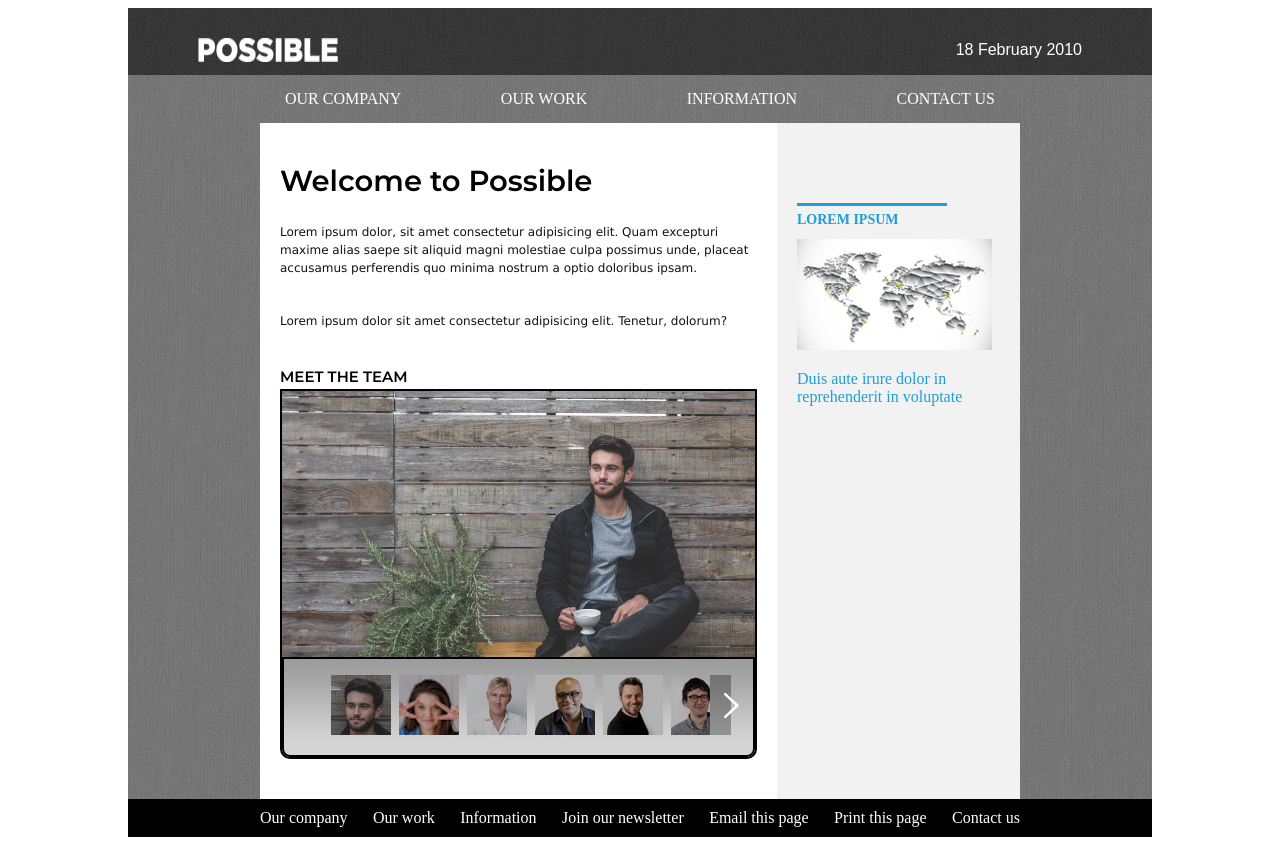
Repository: grzegorzgebala/possible-site
Page: index.html
The author's editor kept a copy of each file at every save. The page is drawn from the files as they stood at one save, then again after the next save.
The browser window is 1280 px wide. The pictures show the whole page.
The pointer rests on the first visible `.big`.
The style sheet was rebuilt from its Sass, Less or Tailwind sources for each picture, by a compiler version that may differ from the author's.

Above is the page before, as saved 2020-02-18 18:26:54.

### index.html
<!DOCTYPE html>
<html>
	<head>
        <meta charset="utf-8">
        <link href="https://fonts.googleapis.com/css?family=Montserrat:600&display=swap" rel="stylesheet">
		<link rel="stylesheet" type="text/css" href="css/style.css">
		<title>Possible page</title>
	</head>
	<body>
        <div class="container">
            <header>
                <img src="images/logo.png" alt="possible logo">
                <div class="date">18 February 2010</div>
            </header>
            <nav class="menu">
                <ul>
                    <li>our company</li>
                    <li>our work</li>
                    <li>information</li>
                    <li>contact us</li>
                </ul>
            </nav>
            <div class="mainSite">
                <div class="leftSide">
                    <div class="welcome">Welcome to Possible</div>
                    <article>Lorem ipsum dolor, sit amet consectetur adipisicing elit. Quam excepturi maxime alias saepe sit aliquid magni molestiae culpa possimus unde, placeat accusamus perferendis quo minima nostrum a optio doloribus ipsam.</article>
                    <article>Lorem ipsum dolor sit amet consectetur adipisicing elit. Tenetur, dolorum?</article>
                    <div class="meetTitle">Meet the team</div>
                    <div class="carousel">
                        <img class="big" src="/images/employees/picture1.png" alt="possible logo">
                        <div class="descriptor">
                            <div class="personalData">Justin Cooke</div>
                            <div class="personalData">CEO, POSSIBLE UK, LONDON</div>
                        </div>
                        <div class="miniatures">
                            <button class="leftArrow arrow isHidden">
                                <img src="/images/icons/leftArrow.png" alt="leftArrow">
                            </button>
                            <div class="miniaturesContainer">
                                <ul class="carouselTrack">
                                    <li class="carouselSlide currentSlide">
                                        <div class="pictureContainer"></div>
                                        <img class="carouselImage" src="/images/employees/min1.png" alt="person1">
                                    </li>
                                    <li class="carouselSlide">
                                        <div class="pictureContainer"></div>
                                        <img class="carouselImage" src="/images/employees/min2.png" alt="person2">
                                    </li>
                                    <li class="carouselSlide">
                                        <div class="pictureContainer"></div>
                                        <img class="carouselImage" src="/images/employees/min3.png" alt="person3">
                                    </li>
                                    <li class="carouselSlide">
                                        <div class="pictureContainer"></div>
                                        <img class="carouselImage" src="/images/employees/min4.png" alt="person4">
                                    </li>
                                    <li class="carouselSlide">
                                        <div class="pictureContainer"></div>
                                        <img class="carouselImage" src="/images/employees/min5.png" alt="person5">
                                    </li>
                                    <li class="carouselSlide">
                                        <div class="pictureContainer"></div>
                                        <img class="carouselImage" src="/images/employees/min6.png" alt="person6">
                                    </li>
                                    <li class="carouselSlide">
                                        <!-- <div class="pictureContainer"></div> -->
                                        <img class="carouselImage" src="/images/employees/min7.png" alt="person7">
                                    </li>
                                    <li class="carouselSlide">
                                        <!-- <div class="pictureContainer"></div> -->
                                        <img class="carouselImage" src="/images/employees/min8.png" alt="person8">
                                    </li>
                                    <li class="carouselSlide">
                                        <!-- <div class="pictureContainer"></div> -->
                                        <img class="carouselImage" src="/images/employees/min9.png" alt="person9">
                                    </li>
                                    <li class="carouselSlide">
                                        <!-- <div class="pictureContainer"></div> -->
                                        <img class="carouselImage" src="/images/employees/min10.png" alt="person10">
                                    </li>
                                </ul>
                            </div>
                            <button class="rightArrow arrow">
                                <img src="/images/icons/rightArrow.png" alt="rightArrow">
                            </button>
                        </div>
                    </div>
                </div>
                <div class="rightSide">
                    <div class="rightTitle">lorem ipsum</div>
                    <img src="/images/map.png" alt="map">
                    <p>Duis aute irure dolor  in reprehenderit in voluptate</p>
                </div>
            </div>
            <footer>
                <ul>
                    <li>our company</li>
                    <li>our work</li>
                    <li>information</li>
                    <li>join our newsletter</li>
                    <li>email this page</li>
                    <li>print this page</li>
                    <li>contact us</li>
                </ul>
            </footer>
        </div>
    </body>
    <script type="text/javascript" src="/js/script.js"></script>
</html>

### js/script.js
const track = document.querySelector(".carouselTrack");
const slides = Array.from(track.children);
const nextButton = document.querySelector('.rightArrow');
const prevButton = document.querySelector('.leftArrow');
const imagesNav = document.getElementsByClassName('pictureContainer');
const imagesItem = Array.from(imagesNav);

const slideWidth = slides[0].getBoundingClientRect().width;

const setSlidePosition = (slide, index) => {
    slide.style.left = slideWidth * index + 'px';
};

slides.forEach(setSlidePosition);

const moveToSlide = (track, currentSlide, targetSlide) => {
    track.style.transform = 'translateX(-' + targetSlide.style.left  + ')';
    currentSlide.classList.remove('currentSlide');
    targetSlide.classList.add('currentSlide');
}

const hideShowArrows = (slides, prevButton, nextButton, targetIndex) => {
    if (targetIndex === 0) {
        prevButton.classList.add("isHidden");
        nextButton.classList.remove("isHidden");
    } else if (targetIndex === slides.length - 1) {
        prevButton.classList.remove("isHidden");
        nextButton.classList.add("isHidden");
    } else {
        prevButton.classList.remove("isHidden");
        nextButton.classList.remove("isHidden");
    }
}

nextButton.addEventListener('click', e => {
    const currentSlide = track.querySelector(".currentSlide");
    const prevSlide = currentSlide.previousElementSibling;
    const prevIndex = slides.findIndex(slide => slide === prevSlide);

    moveToSlide(track, currentSlide, prevSlide);
    hideShowArrows(slides, prevButton, nextButton, prevIndex);
});

prevButton.addEventListener('click', e => {
    const currentSlide = track.querySelector(".currentSlide");
    const nextSlide = currentSlide.nextElementSibling;
    const nextIndex = slides.findIndex(slide => slide === nextSlide);

    moveToSlide(track, currentSlide, nextSlide);
    hideShowArrows(slides, prevButton, nextButton, nextIndex);
});

track.addEventListener('click', e => {
    const targetImage = e.target.closest('div')
    if (!targetImage) return;
    // const currentSlide = track.querySelector('.currentSlide');
    const big = document.querySelector('.big');
    const targetIndex = imagesItem.findIndex(image => image === targetImage);
    const targetSlide = slides[targetIndex];
    // const targetSlideActive = targetSlide.children[0];

    imagesItem.forEach((element, index) => {
        if (index === targetIndex) {
            element.classList.add('activeImg');
            element.classList.remove('pictureContainer');
            big.setAttribute('src', `/images/employees/picture${index+1}.png`);
        } else {
            element.classList.remove('activeImg');
            element.classList.add('pictureContainer');
        }
    });
    hideShowArrows(slides, prevButton, nextButton, targetIndex);

})

// when I click left, move slides to the left
// when I click right move slide to the right

### sass/style.scss
// variables
$menuElementsColor: #ffffff;
$contentElementsColor: #000000;
$footerBackgroundColor: #000000;
$menuHooverColor: #000000;
$activeMenuColor: #1d9ed9;
$sideMenuColor: #1d9ed9;
$fontMenu: "Proxima Nova";
$leftSideBackgroundColor: #ffffff;
$rightSideBackgroundColor: #f2f2f2;
$contentHeaderFont: "Montserrat", sans-serif;;
$contentDescriptionFont: "Verdana";
$contentColor: #121212;

// page style
.container {
    max-width: 1024px;
    margin: 0 auto;
    background-image: url("/images/mainBackground.png");
}

// header style
header {
    background-image: url("/images/backgroundHeader.png");
    display: flex;
    justify-content: space-between;
    padding: 30px 70px 13px 70px;

    .date {
        color: $menuElementsColor;
        // font-size: 12px;
        line-height: 24px;
        font-family: "Arial";
        // font-weight: bold;
    }
}

// menu
.menu ul {
    max-width: 760px;
    margin: 5px auto;
    display: flex;
    justify-content: space-between;
    list-style-type: none;
    color: $menuElementsColor;
    text-transform: uppercase;
    padding: 0;

    :hover {
        background-color: $menuHooverColor;
        color: $activeMenuColor;
        cursor: pointer;
        transition: visibility 2s, opacity 0.5s linear;
    }

    li {
        padding: 10px 25px;
    }
}

// main content
.mainSite {
    max-width: 760px;
    margin: 0 auto;
    display: flex;
    justify-content: center;
    flex-direction: row;

    .leftSide {
        width: 100%;
        max-width: 520px;
        background-color: $leftSideBackgroundColor;
        padding: 40px 20px;

        .welcome {
            font-family: $contentHeaderFont;
            margin: 0;
            font-size: 29px;
            font-weight: bold;
        }

        article {
            font-family: $contentDescriptionFont;
            font-size: 12px;
            line-height: 18px;
            color: $contentColor;
            margin-top: 25px;
            margin-bottom: 35px;
        }

        .meetTitle {
            font-size: 15px;
            line-height: 24px;
            text-transform: uppercase;
            color: $contentElementsColor;
            font-family: $contentHeaderFont;
        }

        .descriptor {
            background-color: black;
            padding-left: 5px;
            position: absolute;
            width: 491px;
            margin-top: 230px;
            // display: none;
            visibility: hidden;
            opacity: .5;

            .personalData {
                color: white;
                opacity: 1;
            }
        }

        .carousel {
            display: flex;
            max-width: 473px;
            flex-direction: column;
            border: 2px solid black;
            border-bottom-left-radius: 10px;
            border-bottom-right-radius: 10px;
            .big:hover + .descriptor {
                display: block;
                transition: visibility 0s linear 0.33s, opacity 0.33s linear;

            }
            .miniatures {
                // overflow: hidden;
                background-image: url("/images/carouseleBackground.png");
                display: flex;
                // justify-content: space-between;
                // align-items: center;
                // padding: 20px 15px;
                border: 2px solid black;
                border-bottom-left-radius: 8px;
                border-bottom-right-radius: 8px;

                .miniaturesContainer {
                    max-width: 500px;
                    overflow: hidden;
                    display: flex;
                    justify-content: space-between;
                }
                .carouselTrack {
                    display: flex;
                    justify-content: space-between;
                    // align-items: center;
                    list-style-type: none;
                    // width: 100%;
                    padding: 0;

                    .carouselSlide {
                        margin: 0 4px;
                        // margin-right: 10px;
                        // height: 60px;
                        // width: 60px;
                        .carouselImage {

                            // width: 100%;
                            object-fit: cover;
                        }
                    }
                }

                .pictureContainer {
                    width: 60px;
                    height: 60px;
                    position: absolute;
                    z-index: 1;
                    background: black;
                    opacity: .3;
                }

                .activeImg {
                    position: absolute;
                    z-index: 1;
                    width: 54px;
                    height: 54px;
                    border: 3px solid $sideMenuColor;
                }

                .arrow {
                    margin: 0 14px;
                    z-index: 1;
                }

                button {
                    background: none;
                    color: inherit;
                    border: none;
                    padding: 0;
                    font: inherit;
                    cursor: pointer;
                    outline: inherit;
                }

                .isHidden {
                    visibility: hidden;
                }
            }
        }
    }


    .rightSide {
        background-color: $rightSideBackgroundColor;
        width: 100%;
        padding-left: 20px;

        .rightTitle {
            text-transform: uppercase;
            color: $sideMenuColor;
            font-weight: bold;
            font-size: 14px;
            line-height: 18px;
            border-top: 3px solid $sideMenuColor;
            width: 150px;
            margin-top: 80px;
            margin-bottom: 10px;
            padding-top: 5px;
        }

        p {
            color: $sideMenuColor;
        }
    }

}

// footer
footer {
    background: $footerBackgroundColor;
}

footer ul {
    display: flex;
    justify-content: space-between;
    max-width: 760px;
    margin: 0 auto;
    list-style-type: none;
    color: $menuElementsColor;
    background: $footerBackgroundColor;
    padding: 10px;

    :hover {
        color: $activeMenuColor;
        cursor: pointer;
    }

    li::first-letter {
        text-transform: uppercase;
    }
}

After the next save:
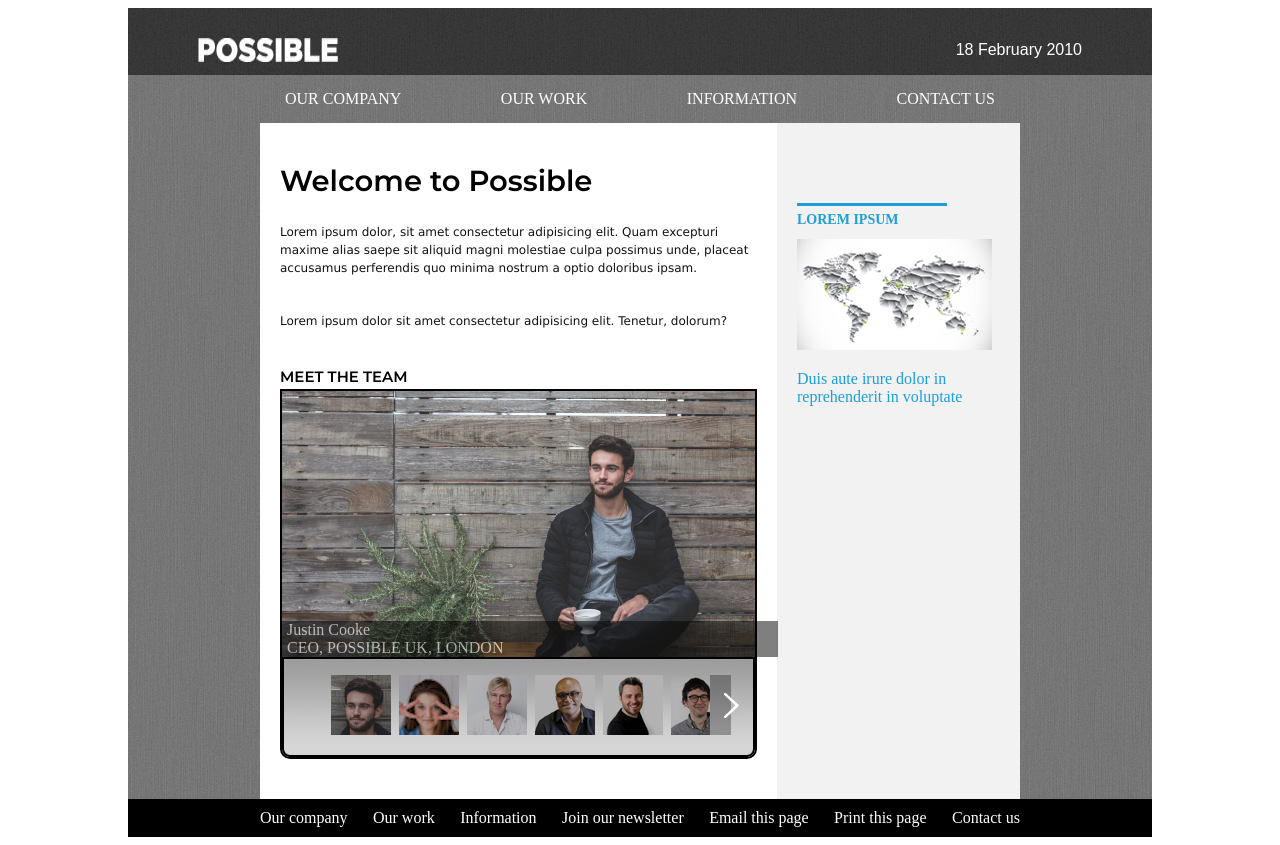
Saved 39 s later.
--- a/sass/style.scss
+++ b/sass/style.scss
@@ -120,7 +120,8 @@ header {
             border-bottom-left-radius: 10px;
             border-bottom-right-radius: 10px;
             .big:hover + .descriptor {
-                display: block;
+                // display: block;
+                visibility: visible;
                 transition: visibility 0s linear 0.33s, opacity 0.33s linear;
 
             }
